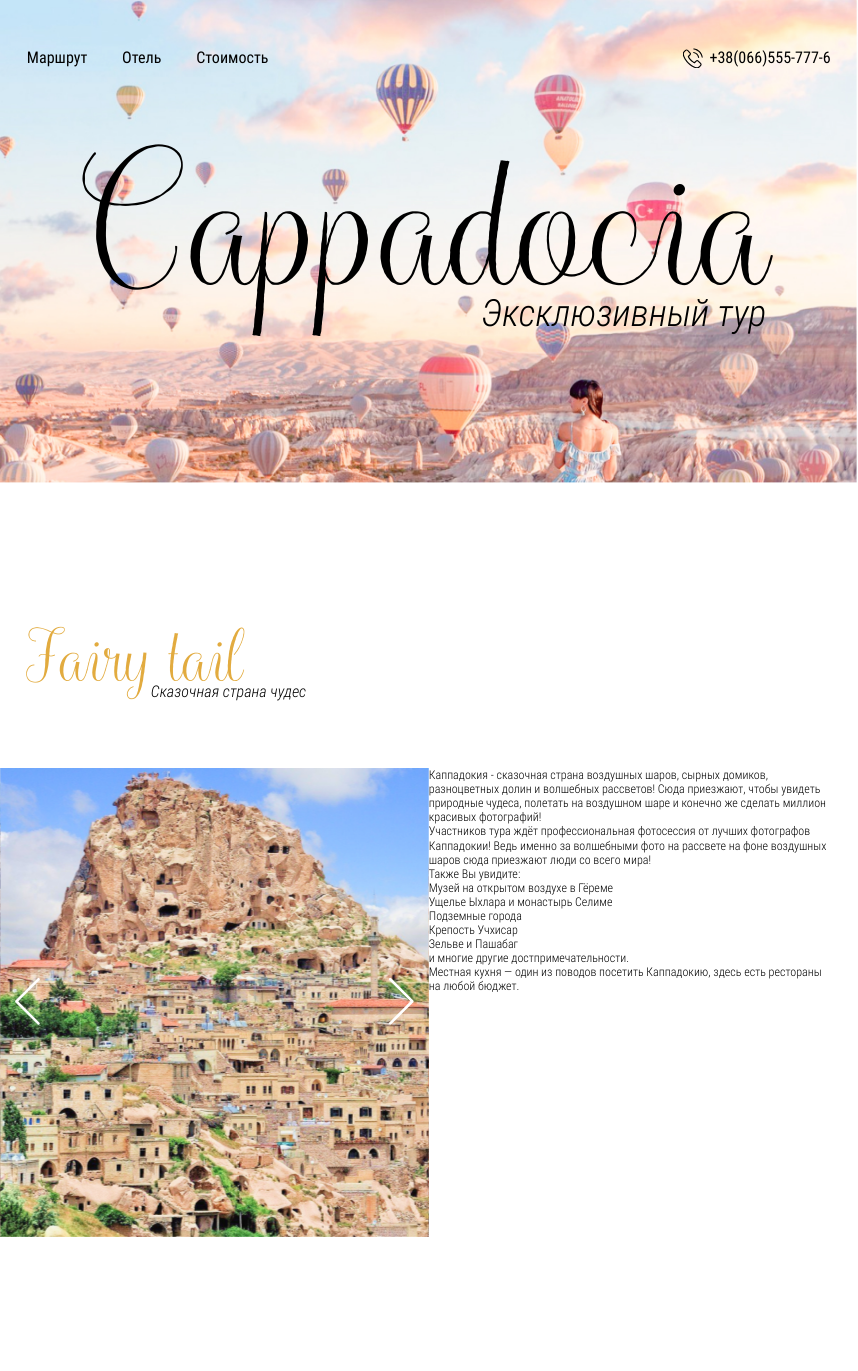
Repository: Lareeman/cappadocia
Page: index.html
These files come from the project's save history. The page is drawn as it stood at one moment and after a run of saves; the edit follows.
The browser window is 1280 px wide. The pictures show the whole page, at 67% of full size.

Above is the page before, as saved 2024-01-27 14:03:57.

After the next 4 saves:
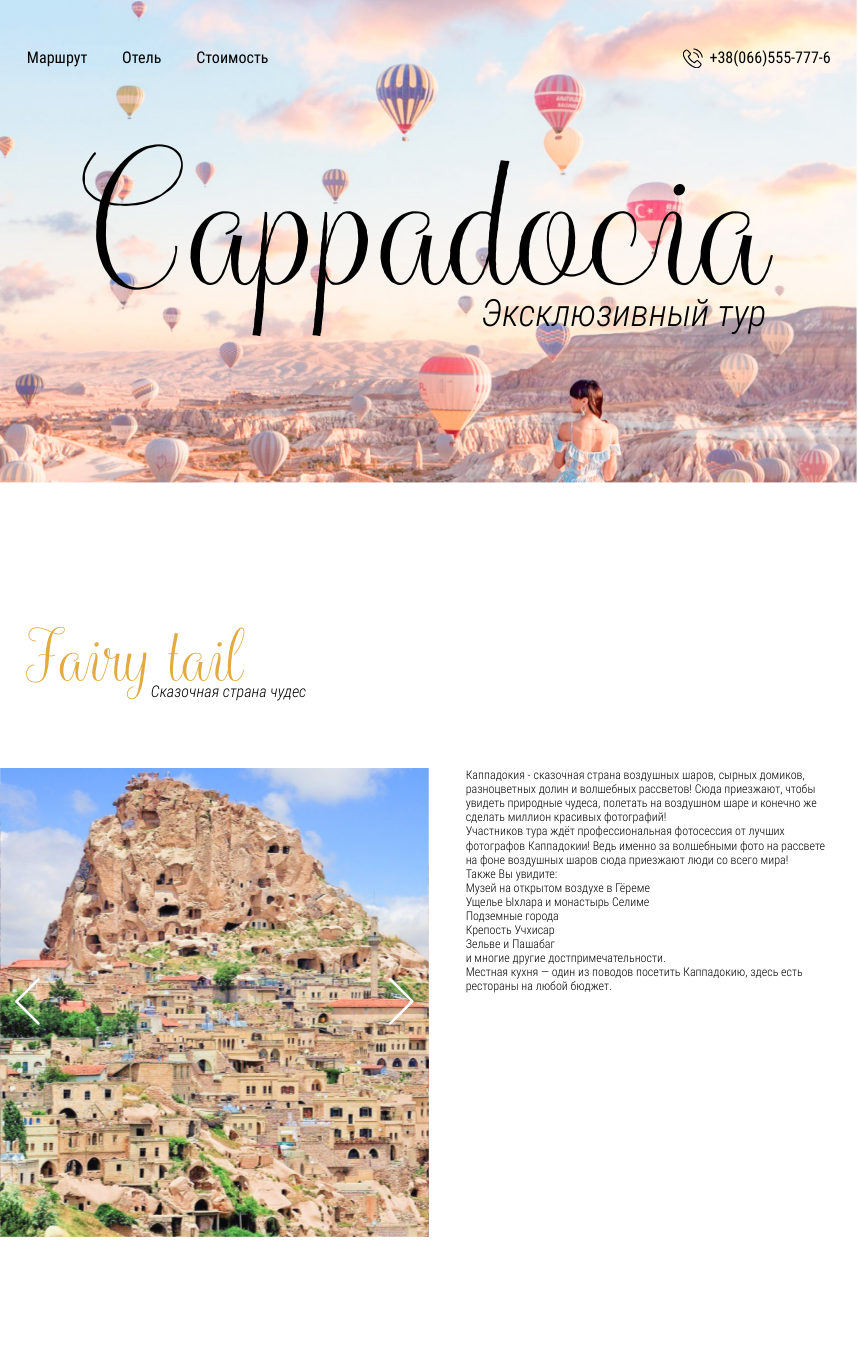
The 4 saves are shown as one change because they came seconds apart.
The last was saved 2 min 22 s later.
--- a/css/style.css
+++ b/css/style.css
@@ -214,6 +214,7 @@ body {
 .fairy__body {
   width: 50%;
   margin-left: auto;
+  padding-left: 55px;
 
 }
 
